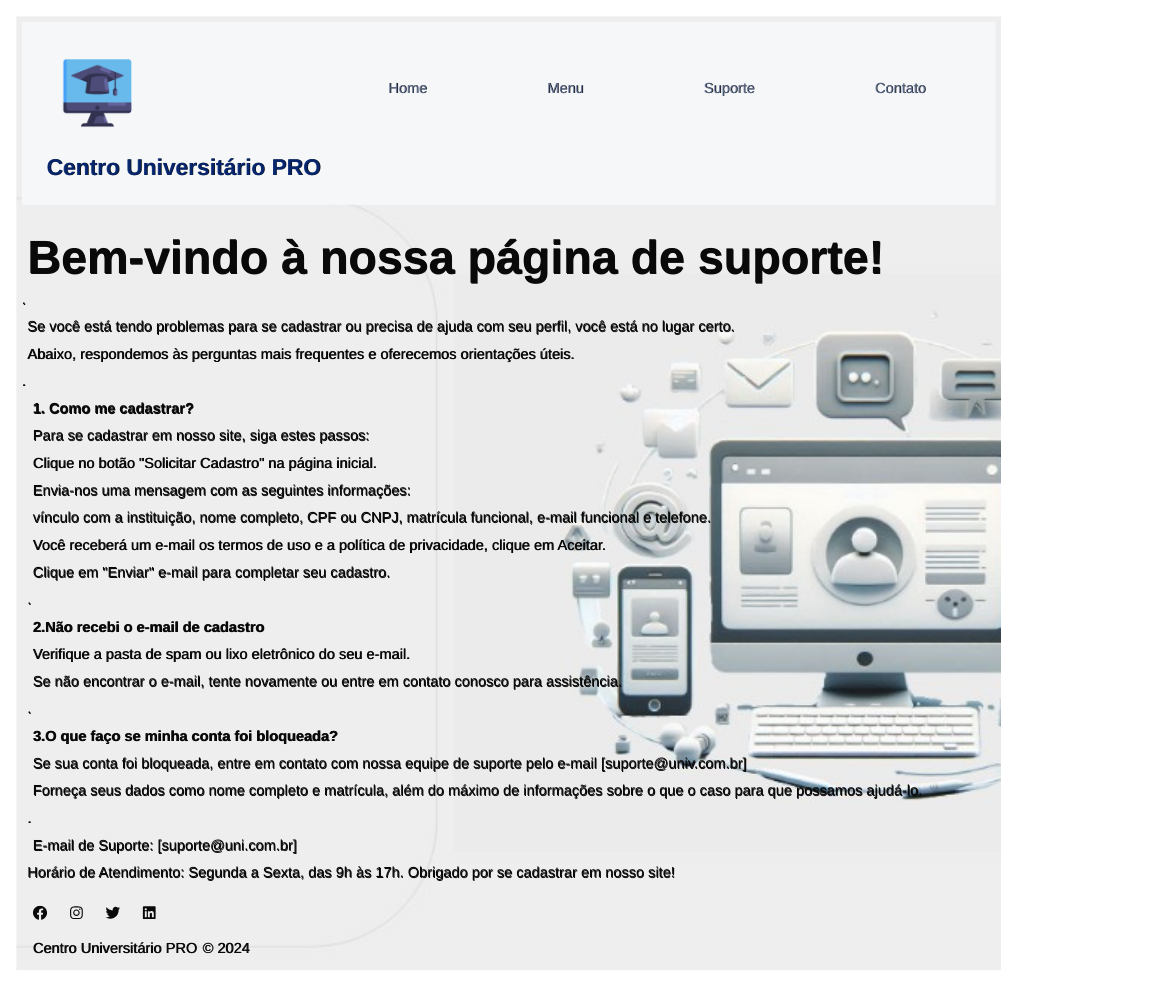
Repository: DanuziaRA/Cadastros-de-Usuarios
Page: /suporte
The author's editor kept a copy of each file at every save. The page is drawn from the files as they stood at one save, then again after a run of saves.
The browser window is 1280 px wide. The pictures show the whole page, at 91% of full size.
The project was rebuilt for these pictures with package versions that can differ from the ones it lists, and the page was loaded fresh each time. Also part of the build but not shown: vite.config.js, src/components/Footer.css, src/router/Contact.jsx, src/router/ErrorPage.jsx, src/router/ContactDetails.jsx, src/router/Login.css, src/router/Login.jsx, src/router/Menu.jsx and 10 more.

Above is the page before, as saved 2024-10-02 16:46:29.

After the next 4 saves:
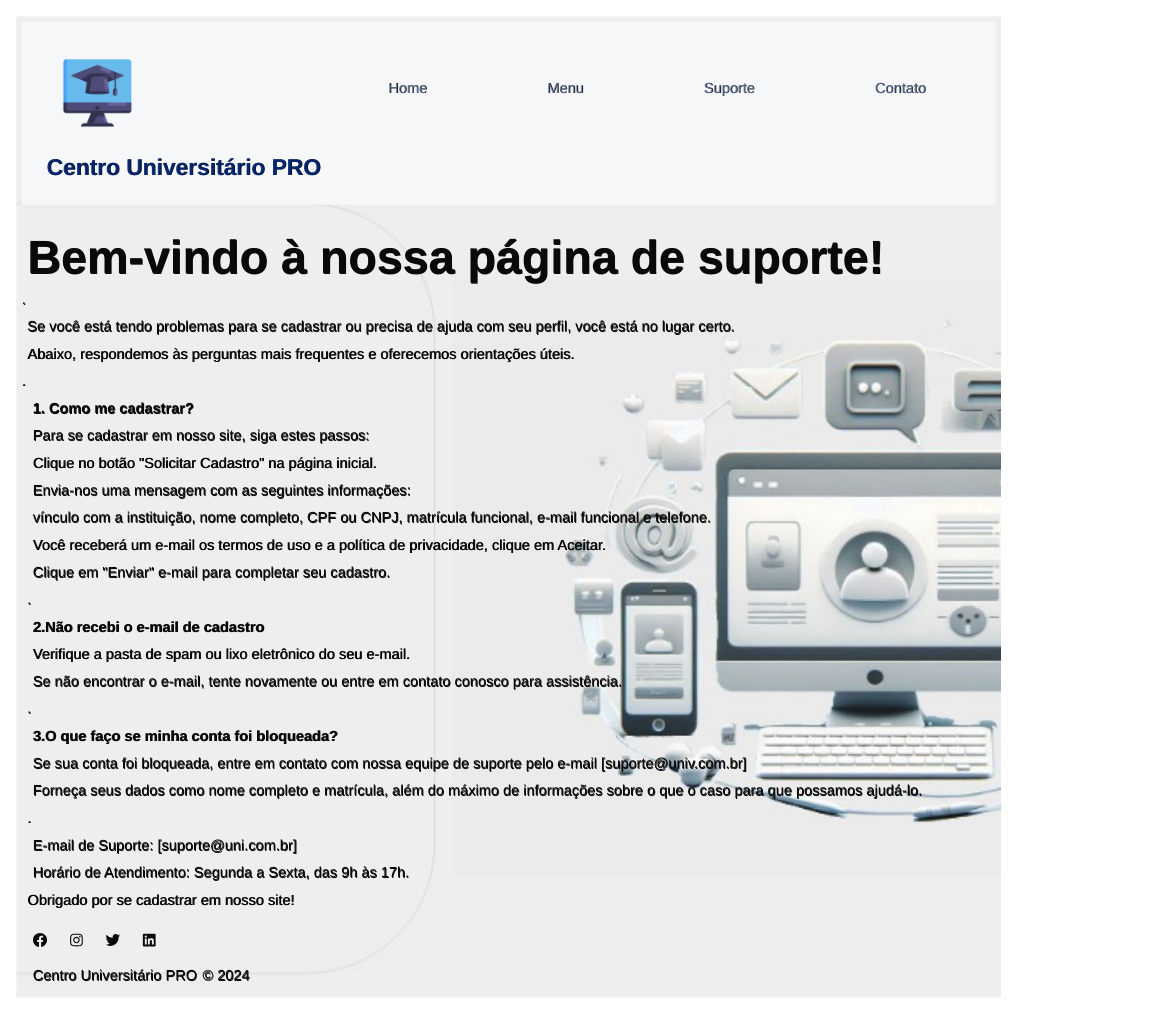
The 4 saves are shown as one change because they came seconds apart.
The last was saved 12 s later.
--- a/src/router/Suporte.jsx
+++ b/src/router/Suporte.jsx
@@ -33,7 +33,7 @@
 
     <div>
         <p>E-mail de Suporte: [suporte@uni.com.br]</p>
-        Horário de Atendimento: Segunda a Sexta, das 9h às 17h.
+        <p>Horário de Atendimento: Segunda a Sexta, das 9h às 17h.</p>
 
 Obrigado por se cadastrar em nosso site!
     </div>

After the 2 saves that followed:
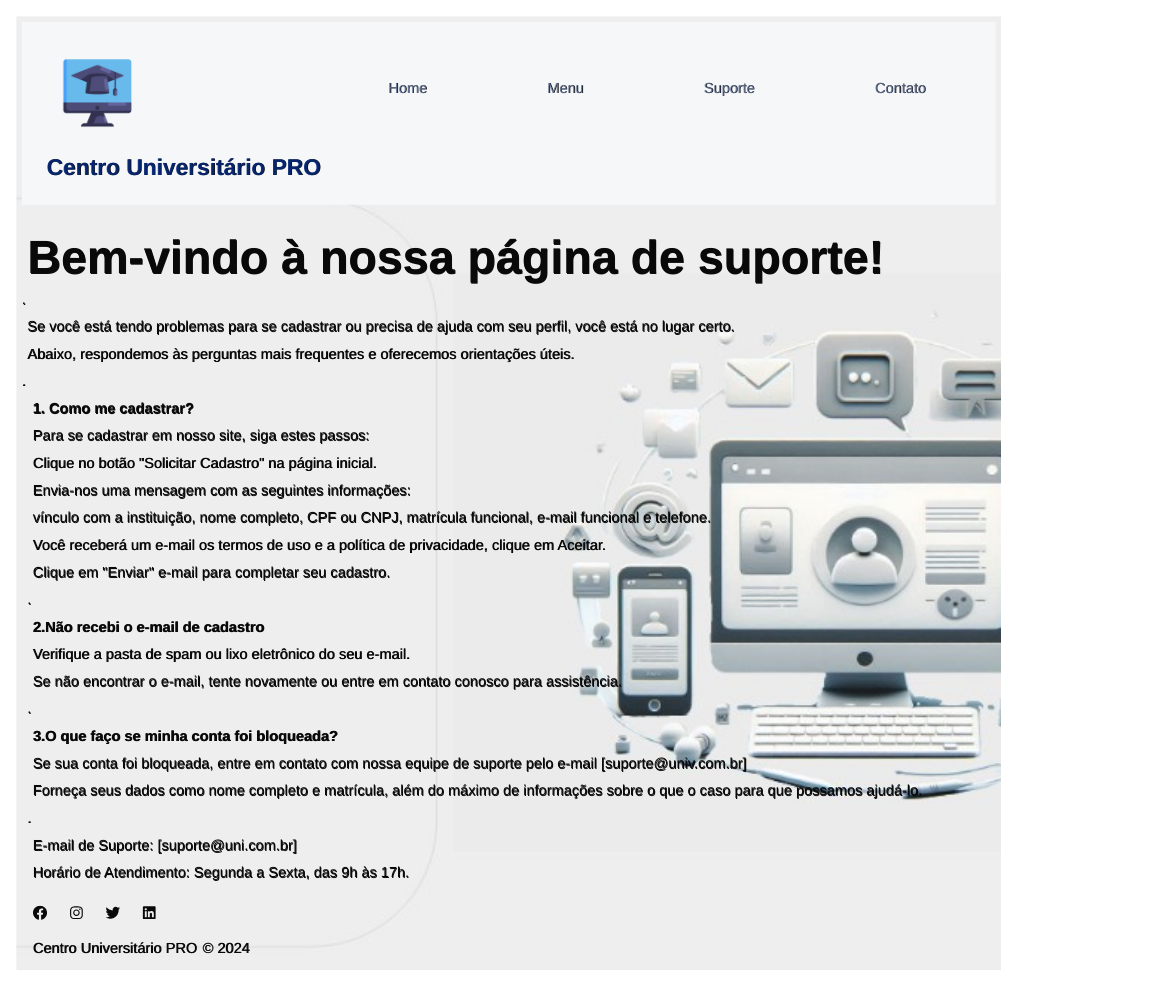
The 2 saves are shown as one change because they came seconds apart.
The last was saved 14 s later.
--- a/src/router/Suporte.jsx
+++ b/src/router/Suporte.jsx
@@ -34,9 +34,7 @@
     <div>
         <p>E-mail de Suporte: [suporte@uni.com.br]</p>
         <p>Horário de Atendimento: Segunda a Sexta, das 9h às 17h.</p>
-
-Obrigado por se cadastrar em nosso site!
-    </div>
+   </div>
     </div>
     )
 }
